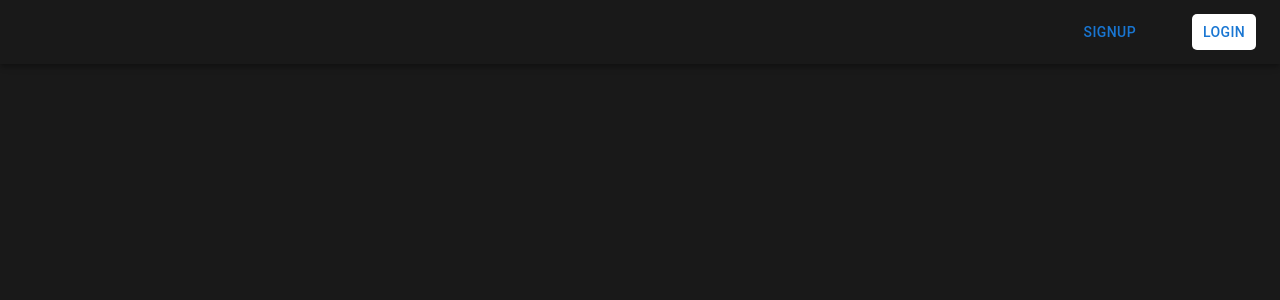
Repository: Armstrong2035/ikigai
Page: / (app in Ikigai/ikigai/)
An editor plug-in stored every save of this project. The page is shown before and after the next save, followed by the edit.
The browser window is 1280 px wide. The pictures show the whole page.
The project was rebuilt for these pictures with package versions that can differ from the ones it lists, and the page was loaded fresh each time. The framework's server and built-in components were replaced by stand-ins that run in the browser. Also part of the build but not shown: Ikigai/ikigai/next.config.mjs.

Above is the page before, as saved 2024-09-06 18:50:36.

### Ikigai/ikigai/src/app/layout.js
export const metadata = {
  title: "Ikigai",
  description:
    "Productivity app for people who juggle several interests and responsibilities",
};

export default function RootLayout({ children }) {
  return (
    <html lang="en">
      <body style={{ backgroundColor: "#191919" }}>{children}</body>
    </html>
  );
}

### Ikigai/ikigai/src/app/page.js
"use client";
import React from "react";
import LandingPage from "../../components/LandingPage/LandingPage";

export default function Home() {
  return (
    <>
      <LandingPage />
    </>
  );
}

### Ikigai/ikigai/components/LandingPage/LandingPage.js
import NavBar from "./NavBar/NavBar";

export default function LandingPage() {
  return (
    <>
      <NavBar />
    </>
  );
}

### Ikigai/ikigai/components/LandingPage/NavBar/NavBar.js
import { AppBar, Toolbar, Button, Stack } from "@mui/material";

export default function NavBar() {
  return (
    <div>
      <AppBar sx={{ backgroundColor: "inherit" }}>
        <Stack direction="row" justifyContent={"flex-end"}>
          <Toolbar>
            <Button variant="text" sx={{}}>
              Signup
            </Button>
          </Toolbar>
          <Toolbar>
            <Button
              sx={{
                backgroundColor: "white",
                borderRadius: "5px",
              }}
            >
              Login
            </Button>
          </Toolbar>
        </Stack>
      </AppBar>
    </div>
  );
}

After the next save:
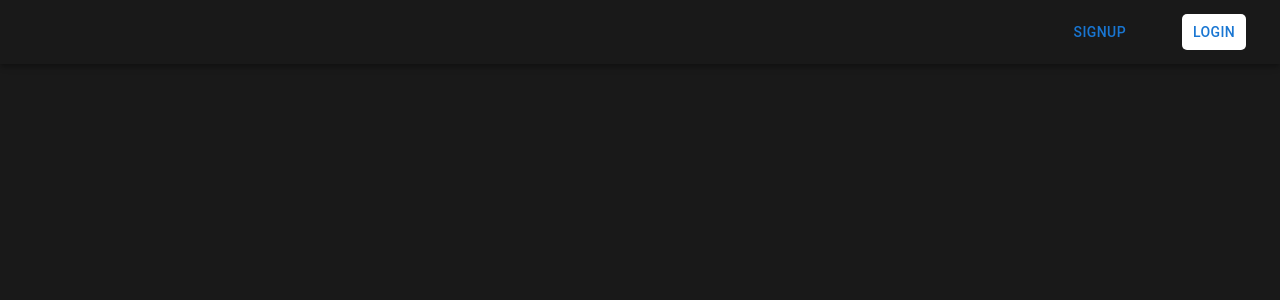
Saved 30 s later.
--- a/Ikigai/ikigai/components/LandingPage/NavBar/NavBar.js
+++ b/Ikigai/ikigai/components/LandingPage/NavBar/NavBar.js
@@ -4,7 +4,7 @@ export default function NavBar() {
   return (
     <div>
       <AppBar sx={{ backgroundColor: "inherit" }}>
-        <Stack direction="row" justifyContent={"flex-end"}>
+        <Stack direction="row" justifyContent={"flex-end"} mr="10px">
           <Toolbar>
             <Button variant="text" sx={{}}>
               Signup
